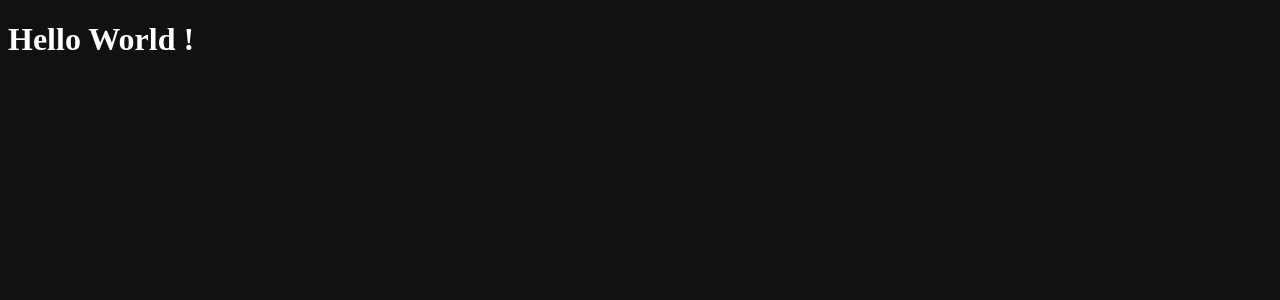
Repository: lolo298/lolo298.github.io
Page: index.html
The author's editor kept a copy of each file at every save. The page is drawn from the files as they stood at one save, then again after the next save.
The browser window is 1280 px wide. The pictures show the whole page.

Above is the page before, as saved 2022-05-09 16:05:25.

### index.html
<!DOCTYPE html>
<html lang="en">

<head>
    <meta charset="UTF-8">
    <meta http-equiv="X-UA-Compatible" content="IE=edge">
    <meta name="viewport" content="width=device-width, initial-scale=1.0">
    <link rel="stylesheet" href="css/style.css">
    <title>Portfolio</title>
</head>

<body>
    <h1>Hello World !</h1>
</body>

</html>

### css/style.css
body {
    background-color: #111111;
}

html {
    color: white;
}

After the next save:
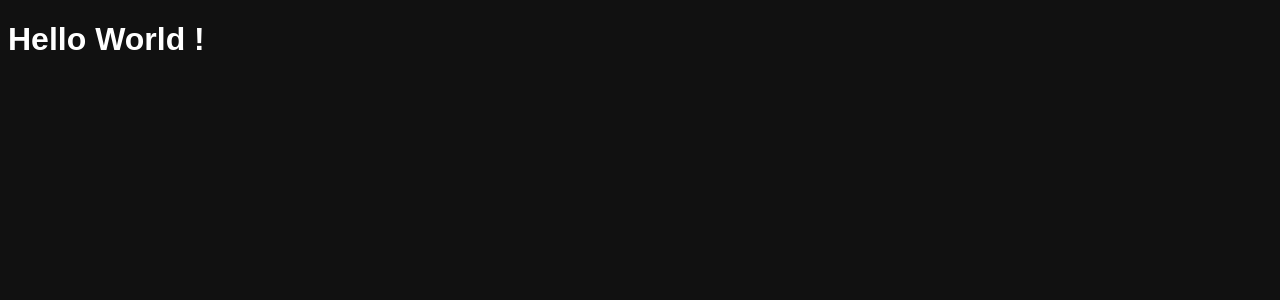
Saved 2 min 0 s later.
--- a/css/style.css
+++ b/css/style.css
@@ -4,4 +4,5 @@ body {
 
 html {
     color: white;
+    font-family: Dunkins, sans-serif;
 }

After the 6 saves that followed:
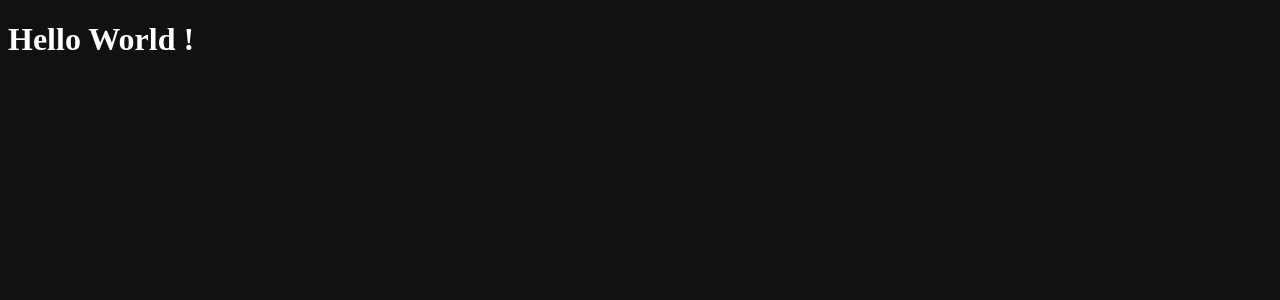
The 6 saves are shown as one change because 5 left the picture as it was.
The last was saved 10 min 58 s later.
--- a/index.html
+++ b/index.html
@@ -10,6 +10,7 @@
 </head>
 
 <body>
+
     <h1>Hello World !</h1>
 </body>
 
--- a/css/style.css
+++ b/css/style.css
@@ -4,5 +4,4 @@ body {
 
 html {
     color: white;
-    font-family: Dunkins, sans-serif;
 }
